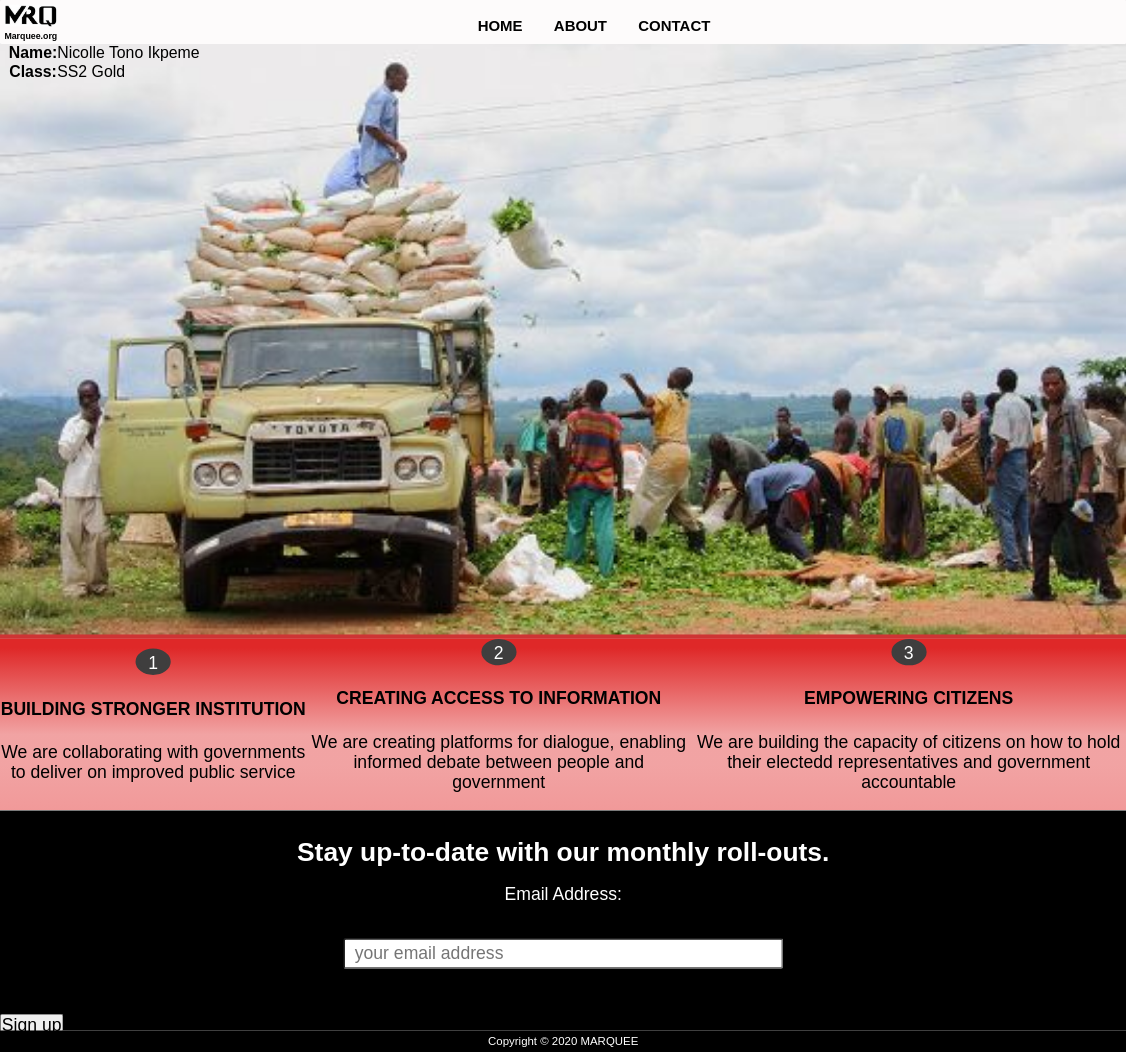
Repository: pboi18/Marquee.org
Page: home.html
The author's editor kept a copy of each file at every save. The page is drawn from the files as they stood at one save, then again after the next save.
The browser window is 1280 px wide. The pictures show the whole page, at 88% of full size.

Above is the page before, as saved 2020-07-11 22:46:06.

After the next save:
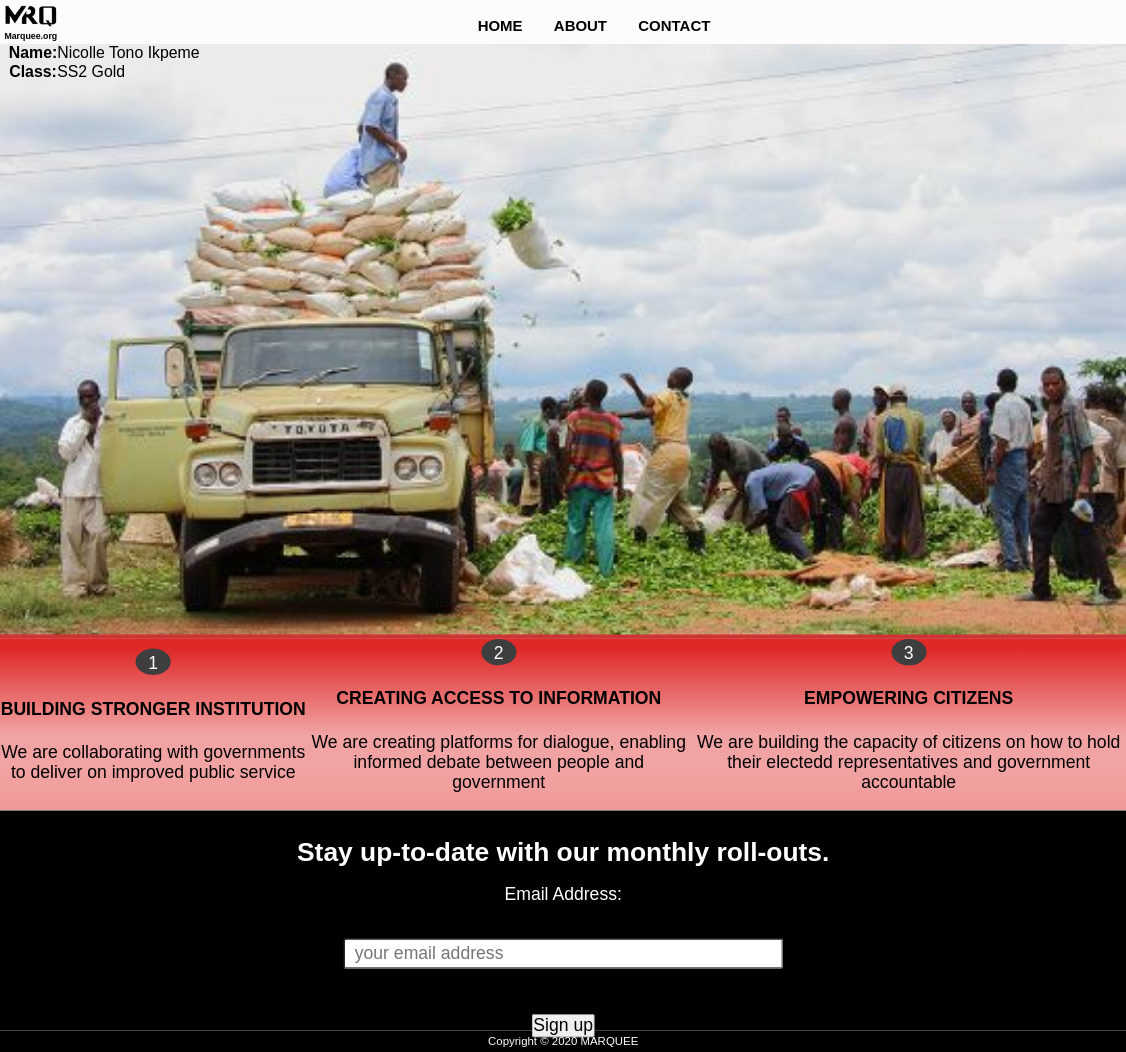
Saved 7 s later.
--- a/style.css
+++ b/style.css
@@ -31,7 +31,7 @@ input {
 }
 
 button {
-    display: block;
+    /* display: block; */
 }
 
 textarea {
